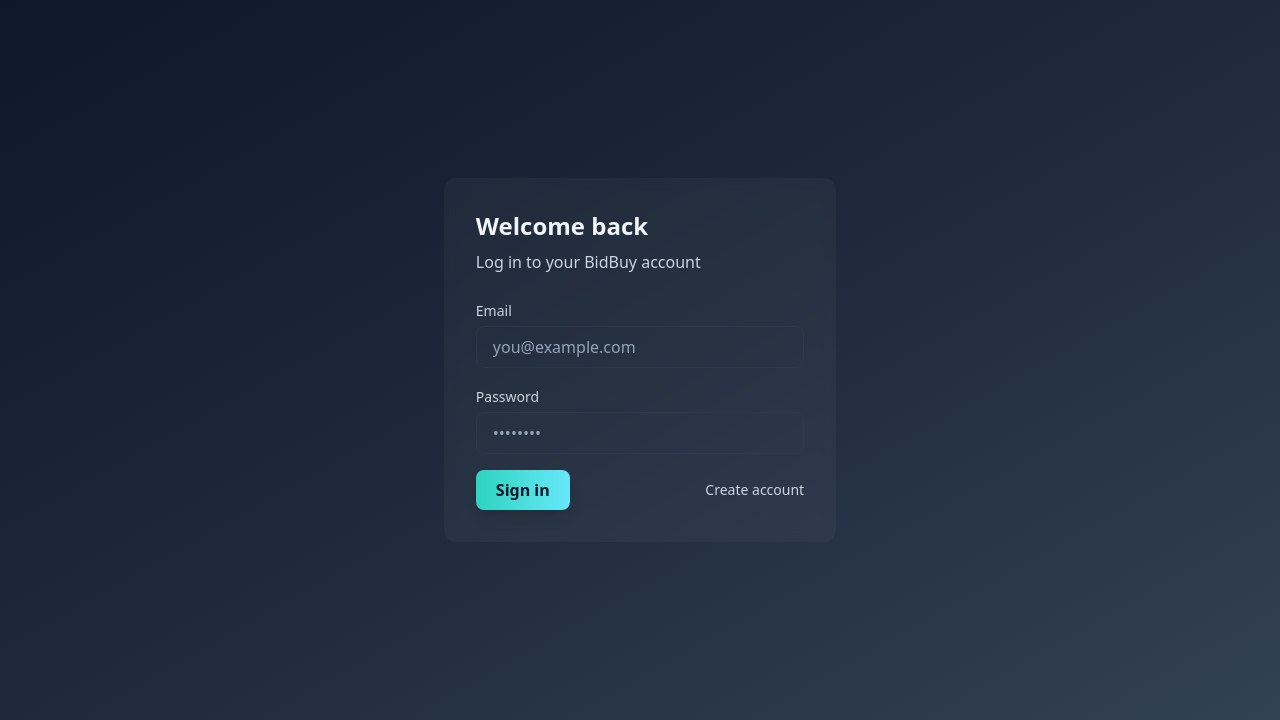
Repository: ChakraVaishnav/Online-Auction-System
Page: /login (app in online-auction-system-frontend/)
The author's editor kept a copy of each file at every save. The page is drawn from the files as they stood at one save, then again after the next save.
The browser window is 1280 px wide. The pictures show the whole page.
The project was rebuilt for these pictures with package versions that can differ from the ones it lists, and the page was loaded fresh each time. Also part of the build but not shown: online-auction-system-frontend/vite.config.js, online-auction-system-frontend/src/pages/Landing.jsx, online-auction-system-frontend/src/pages/Signup.jsx, online-auction-system-frontend/src/App.css.

Above is the page before, as saved 2025-11-23 17:48:24.

### online-auction-system-frontend/index.html
<!doctype html>
<html lang="en">
  <head>
    <meta charset="UTF-8" />
    <link rel="icon" type="image/svg+xml" href="/vite.svg" />
    <meta name="viewport" content="width=device-width, initial-scale=1.0" />
    <title>online-auction-system-frontend</title>
  </head>
  <body>
    <div id="root"></div>
    <script type="module" src="/src/main.jsx"></script>
  </body>
</html>

### online-auction-system-frontend/src/index.css
@tailwind base;
@tailwind components;
@tailwind utilities;

:root{
	--brand-1: #0f172a; /* slate-900 */
	--brand-2: #0ea5a4; /* teal-400 */
	--accent: #f97316; /* orange-500 */
}

html,body,#root{
	height:100%;
}

body{
	@apply bg-gradient-to-br from-slate-900 via-slate-800 to-slate-700 text-slate-100 antialiased;
	font-family: ui-sans-serif, system-ui, -apple-system, "Segoe UI", Roboto, "Helvetica Neue", Arial;
}

.container-wide{
	@apply max-w-6xl mx-auto px-6;
}

.glass {
	background: rgba(255,255,255,0.04);
	backdrop-filter: blur(6px);
}

.btn-primary{
	@apply inline-flex items-center gap-2 bg-gradient-to-r from-teal-400 to-cyan-300 text-slate-900 font-semibold px-5 py-2 rounded-lg shadow-lg hover:scale-105 transition-transform;
}

.btn-outline{
	@apply inline-flex items-center gap-2 border border-slate-300/20 text-slate-100 px-4 py-2 rounded-lg hover:bg-white/5 transition;
}

.form-input{
	@apply w-full bg-transparent border border-slate-700/50 px-4 py-2 rounded-lg placeholder-slate-400 text-white focus:outline-none focus:ring-2 focus:ring-teal-400;
}

### online-auction-system-frontend/src/App.jsx
import { BrowserRouter, Routes, Route } from 'react-router-dom'
import Landing from './pages/Landing'
import Login from './pages/Login'
import Signup from './pages/Signup'
import './App.css'

function App() {
  return (
    <BrowserRouter>
      <Routes>
        <Route path="/" element={<Landing />} />
        <Route path="/login" element={<Login />} />
        <Route path="/signup" element={<Signup />} />
      </Routes>
    </BrowserRouter>
  )
}

export default App

### online-auction-system-frontend/src/pages/Login.jsx
import { Link, useNavigate } from 'react-router-dom'
import { useState } from 'react'

export default function Login(){
  const [email, setEmail] = useState('')
  const [password, setPassword] = useState('')
  const navigate = useNavigate()

  function handleSubmit(e){
    e.preventDefault()
    // placeholder: no backend yet
    if(!email || !password){
      alert('Please provide email and password')
      return
    }
    alert('Logged in (demo): ' + email)
    navigate('/')
  }

  return (
    <div className="min-h-screen flex items-center">
      <div className="container-wide mx-auto">
        <div className="max-w-md mx-auto bg-transparent glass p-8 rounded-xl">
          <h2 className="text-2xl font-bold mb-2">Welcome back</h2>
          <p className="text-slate-300 mb-6">Log in to your BidBuy account</p>

          <form onSubmit={handleSubmit} className="space-y-4">
            <div>
              <label className="text-sm text-slate-300">Email</label>
              <input className="form-input mt-1" type="email" value={email} onChange={e=>setEmail(e.target.value)} placeholder="you@example.com" />
            </div>

            <div>
              <label className="text-sm text-slate-300">Password</label>
              <input className="form-input mt-1" type="password" value={password} onChange={e=>setPassword(e.target.value)} placeholder="••••••••" />
            </div>

            <div className="flex items-center justify-between">
              <button className="btn-primary" type="submit">Sign in</button>
              <Link to="/signup" className="text-sm text-slate-300 hover:underline">Create account</Link>
            </div>
          </form>
        </div>
      </div>
    </div>
  )
}

### online-auction-system-frontend/tailwind.config.cjs
module.exports = {
  content: [
    './index.html',
    './src/**/*.{js,jsx,ts,tsx}'
  ],
  theme: {
    extend: {},
  },
  plugins: [],
}

Loaded but not shown: online-auction-system-frontend/src/main.jsx (common file)

After the next save:
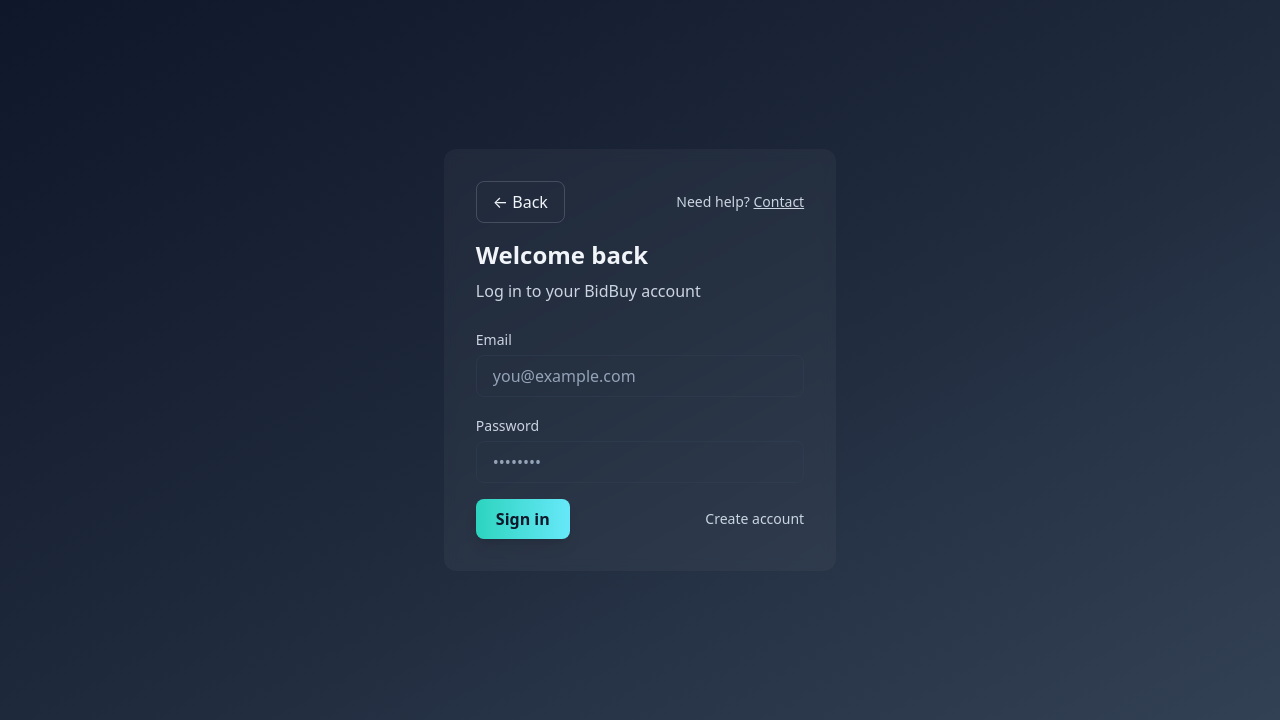
Saved 23 s later.
--- a/online-auction-system-frontend/src/pages/Login.jsx
+++ b/online-auction-system-frontend/src/pages/Login.jsx
@@ -21,6 +21,11 @@
     <div className="min-h-screen flex items-center">
       <div className="container-wide mx-auto">
         <div className="max-w-md mx-auto bg-transparent glass p-8 rounded-xl">
+          <div className="flex items-center justify-between mb-4">
+            <Link to="/" className="btn-outline">← Back</Link>
+            <div className="text-slate-300 text-sm">Need help? <a className="underline" href="#">Contact</a></div>
+          </div>
+
           <h2 className="text-2xl font-bold mb-2">Welcome back</h2>
           <p className="text-slate-300 mb-6">Log in to your BidBuy account</p>
 
